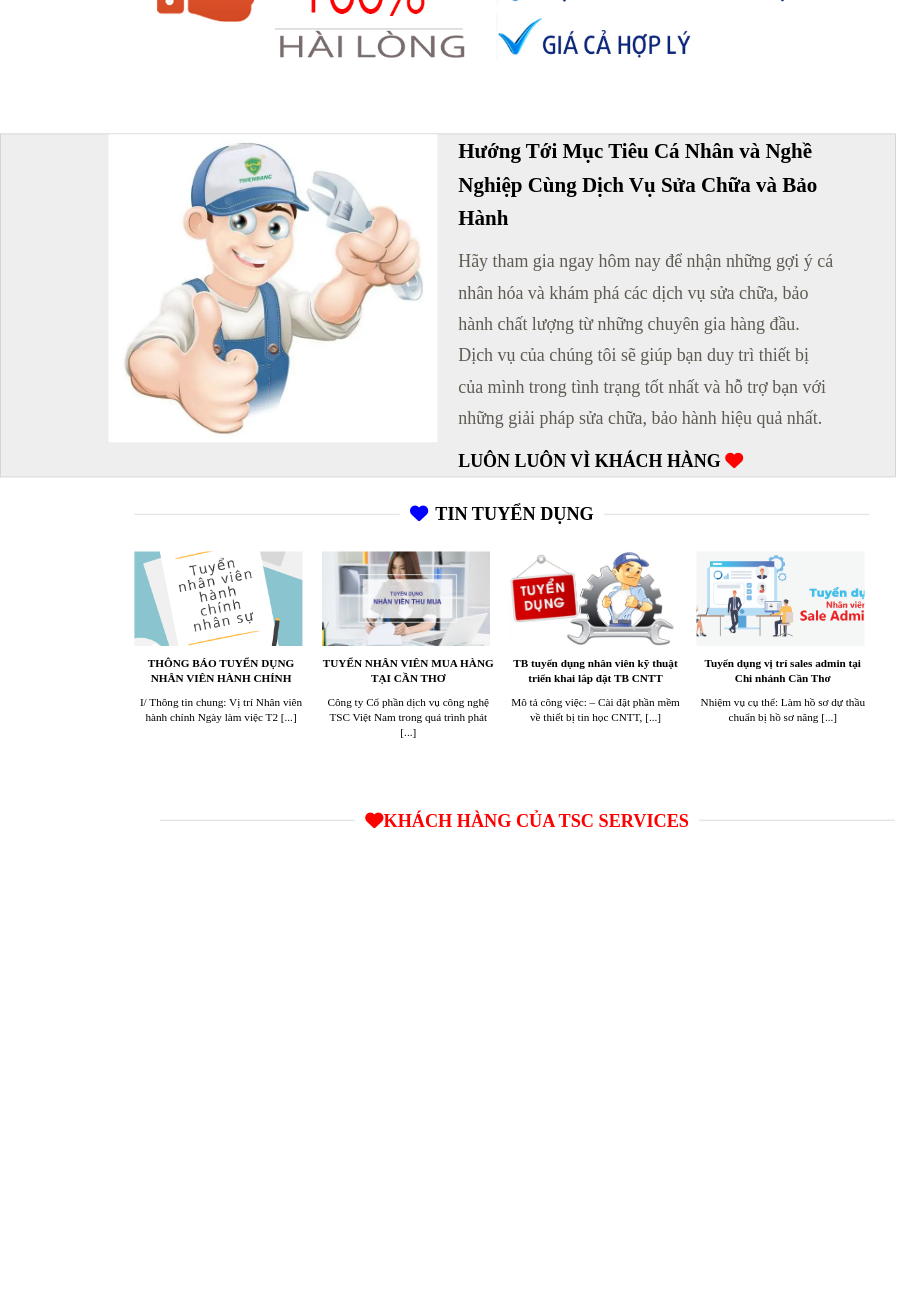
Repository: nguyentrongdai34/tsc-project
Page: index.html
The author's editor kept a copy of each file at every save. The page is drawn from the files as they stood at one save, then again after the next save.
The browser window is 1280 px wide. The page is 1288 px wide, so the pictures cover 1288 px, including what lies to the right of the window. The pictures show the part of the page from y = 1547 to 3427 px (the page is 3506 px tall), at 70% of full size.
The pointer rests on the first visible `.news`.

Above is the page before, as saved 2024-12-03 21:55:22.

### index.html
<!DOCTYPE html>
<html lang="en">
  <head>
    <meta charset="UTF-8" />
    <meta name="viewport" content="width=device-width, initial-scale=1.0" />
    <link rel="preconnect" href="https://fonts.googleapis.com" />
    <link rel="preconnect" href="https://fonts.gstatic.com" crossorigin />
    <link
      href="https://fonts.googleapis.com/css2?family=Poppins:wght@300;400;500;600;700&family=Roboto:ital,wght@0,100;0,300;0,400;0,500;0,700;0,900;1,100;1,300;1,400;1,500;1,700;1,900&display=swap"
      rel="stylesheet"
    />
    <link
      rel="stylesheet"
      href="https://cdnjs.cloudflare.com/ajax/libs/font-awesome/6.7.1/css/all.min.css"
      integrity="sha512-5Hs3dF2AEPkpNAR7UiOHba+lRSJNeM2ECkwxUIxC1Q/FLycGTbNapWXB4tP889k5T5Ju8fs4b1P5z/iB4nMfSQ=="
      crossorigin="anonymous"
      referrerpolicy="no-referrer"
    />
    <link rel="stylesheet" href="./reset.css" />
    <link rel="stylesheet" href="./style.css" />
    <title>CÔNG TY CỔ PHẦN DỊCH VỤ CÔNG NGHỆ TSC VIỆT NAM</title>
  </head>
  <body>
    <!-- heaer-main -->
    <div class="header-main">
      <!-- header -->
      <div class="header">
        <!-- logo -->
        <div class="header-logo">
          <img src="./img/Logo-tsc.png" alt="công ty logo" />
        </div>
        <!-- header-slogan -->
        <span class="header-slogan">
          <strong>CÔNG TY CỔ PHẦN DỊCH VỤ CÔNG NGHỆ TSC VIỆT NAM</strong>
        </span>
      </div>
    </div>

    <!-- Hero -->
    <div class="hero">
      <div class="hero-img">
        <img src="./img/tsc1.png" alt="" class="slider-image" />

        <div class="hero-circle">
          <i
            class="circle-left fa-solid fa-circle-chevron-left"
            onclick="prev()"
          ></i>
          <i
            class="circle-right fa-solid fa-circle-chevron-right"
            onclick="next()"
          ></i>
        </div>
      </div>
    </div>

    <!-- Section -->
    <div class="section">
      <div class="section-container">
        <h2 class="section-title">
          <b></b>
          <span class="section-title-main">DỊCH VỤ CỦA TSC SERVICES</span>
          <b></b>
        </h2>
      </div>
      <div class="row">
        <div class="section-gird">
          <div class="grid-item">
            <img src="./img/box-item1.jpg" alt="Image 1" />
            <div class="section-box">
              <span class="box-item-inner">CUNG CẤP THIẾT BỊ TIN HỌC</span>
            </div>
          </div>

          <div class="grid-item">
            <img src="./img/box-item2.jpg" alt="Image 2" />
            <div class="section-box">
              <span class="box-item-inner">SỬA CHỮA TỔNG HỢP</span>
            </div>
          </div>
          <div class="grid-item">
            <img src="./img/box-item3.png" alt="Image 3" />
            <div class="section-box">
              <span class="box-item-inner">TIẾP NHẬN SP CÁC HÃNG </span>
            </div>
          </div>
          <div class="grid-item">
            <img src="./img/box-item4.jpg" alt="Image 4" />
            <div class="section-box">
              <span class="box-item-inner">TƯ VẤN LẮP ĐẶT HỆ THỐNG</span>
            </div>
          </div>
          <div class="grid-item">
            <img src="./img/box-item5.jpg" alt="Image 5" />
            <div class="section-box">
              <span class="box-item-inner">SẢN XUẤT HỘP MỰC</span>
            </div>
          </div>
          <div class="grid-item">
            <img src="./img/box-item6.jpg" alt="Image 6" />
            <div class="section-box">
              <span class="box-item-inner">CHO THUÊ MÁY PHOTO</span>
            </div>
          </div>
        </div>
      </div>
      <div class="section-container">
        <h2 class="section-title">
          <b></b>
          <span class="section-title-main">
            <i class="fa-solid fa-heart"> </i>lý do bạn chọn TSC SERVICES</span
          >
          <b></b>
        </h2>
      </div>

      <div class="banner">
        <img src="./img/tsc-thanks.jpg" alt="" />
      </div>
    </div>

    <!-- fetaures -->
    <div class="features features-2nd" style="height: 500px">
      <div class="main-content">
        <div class="body">
          <div class="images">
            <img
              src="./img/bao-hanh.webp"
              alt="Take the next step toward your personal and professional goals with Lesson."
            />
          </div>
          <div class="content">
            <h2 class="heading_content">
              Hướng Tới Mục Tiêu Cá Nhân và Nghề Nghiệp Cùng Dịch Vụ Sửa Chữa và
              Bảo Hành
            </h2>
            <p class="desc">
              Hãy tham gia ngay hôm nay để nhận những gợi ý cá nhân hóa và khám
              phá các dịch vụ sửa chữa, bảo hành chất lượng từ những chuyên gia
              hàng đầu. Dịch vụ của chúng tôi sẽ giúp bạn duy trì thiết bị của
              mình trong tình trạng tốt nhất và hỗ trợ bạn với những giải pháp
              sửa chữa, bảo hành hiệu quả nhất.
            </p>
            <p class="desc-tsc">
              LUÔN LUÔN VÌ KHÁCH HÀNG <i class="fa-solid fa-heart"></i>
            </p>
          </div>
        </div>
      </div>
    </div>

    <!-- news -->
    <div class="news">
      <div class="news-container">
        <h2 class="section-title news-section">
          <b></b>
          <span class="section-title-main tranpernt">
            <i class="fa-solid fa-heart"> </i>tin tuyển dụng</span
          >
          <b></b>
        </h2>
      </div>
      <div class="news-box">
        <!-- item1 -->
        <div class="news-item">
          <img src="./img/1.png" alt="" />
          <h3 class="news-strongs">
            THÔNG BÁO TUYỂN DỤNG NHÂN VIÊN HÀNH CHÍNH
          </h3>
          <div class="news-desc">
            I/ Thông tin chung: Vị trí Nhân viên hành chính Ngày làm việc T2
            [...]
          </div>
        </div>
        <div class="news-item">
          <img src="./img/2.jpg" alt="" />
          <h3 class="news-strongs">TUYỂN NHÂN VIÊN MUA HÀNG TẠI CẦN THƠ</h3>
          <div class="news-desc">
            Công ty Cổ phần dịch vụ công nghệ TSC Việt Nam trong quá trình phát
            [...]
          </div>
        </div>
        <div class="news-item">
          <img src="./img/3.jpg" alt="" />
          <h3 class="news-strongs">
            TB tuyển dụng nhân viên kỹ thuật triển khai lắp đặt TB CNTT
          </h3>
          <div class="news-desc">
            Mô tả công việc: – Cài đặt phần mềm về thiết bị tin học CNTT, [...]
          </div>
        </div>
        <div class="news-item">
          <img src="./img/4.jpg" alt="" />
          <h3 class="news-strongs">
            Tuyển dụng vị trí sales admin tại Chi nhánh Cần Thơ
          </h3>
          <div class="news-desc">
            Nhiệm vụ cụ thể: Làm hồ sơ dự thầu chuẩn bị hồ sơ năng [...]
          </div>
        </div>
        <!--  -->
      </div>
    </div>

    <!-- client -->
    <div class="client" style="height: 800px">
      <h2 class="section-title">
        <b></b>
        <span class="section-title-main client-color">
          <i class="fa-solid fa-heart"> </i>KHÁCH HÀNG CỦA TSC SERVICES</span
        >
        <b></b>
      </h2>
    </div>

    <script src="./SliderImage.js"></script>
  </body>
</html>

### style.css
.header-main {
  display: flex;
  height: 90px;
}

.header {
  display: flex;
  /* background-color: #ccc; */
  justify-content: space-between;
  flex-direction: column;
  align-items: center;
  width: 100%;
  flex-flow: row nowrap;
  padding-right: 15px;
}

.header-logo img {
  object-fit: cover;
  margin-left: 220px;
  width: 167px;
  height: 62px;
}

.header-slogan {
  margin-right: 220px;
  font-size: 24px;
}

.header-slogan strong {
  text-direction: none;
  font-weight: bolder;
  text-transform: uppercase;
}

/* hero */

.hero {
  cursor: pointer;
  padding: 0 0 30px 0;
}

.hero-img img {
  width: 100%;
  height: 460px;
  position: relative;
  object-fit: cover;
}

.hero-circle {
  top: 42%;
  position: absolute;
}

.hero-circle i {
  color: #ccc;
  font-size: 36px;
}

.hero-circle i:hover {
  transition: color 0.3s ease, background-color 0.3s ease;
  color: #dd3333;
}

.hero-circle {
  width: 100%;
  display: flex;
  justify-content: space-between;
  z-index: 999;
}

.circle-left {
  margin-left: 30px;
}

.circle-right {
  margin-right: 30px;
  width: 36px;
  height: 36px;
}

/* section */
.section {
  width: 1050px;
  margin-left: 15%;
}

.section-title {
  position: relative;
  display: flex;
  flex-flow: row wrap;
  align-items: center;
  justify-content: space-between;
  width: 100%;
  padding-bottom: 40px;
}

.section-title b {
  display: block;
  -ms-flex: 1;
  flex: 1;
  height: 2px;
  opacity: 0.1;
  background-color: currentColor;
}

.section-title-main {
  margin: 0 15px;
  font-size: 26px;
  text-transform: uppercase;
  font-weight: 700;
}

.row {
}

.section-gird {
  display: grid;
  grid-template-columns: repeat(3, 1fr);
  gap: 20px;
  grid-template-rows: auto auto;
  padding-bottom: 85px;
}

.grid-item img {
  width: 338px;
  height: 210px;
  object-fit: cover;
  max-width: 100%;
  cursor: pointer;
}

.grid-item:hover {
  transform: translateY(-10px);
  transition: transform 0.5s cubic-bezier(0.25, 0.1, 0.25, 1);
}

.btn {
  margin-top: 10px; /* Khoảng cách giữa ảnh và button */
  padding: 10px 20px;
  background-color: #c42e2b;
  color: white;
  border: none;
  cursor: pointer;
  font-size: 16px;
  text-transform: uppercase;
  border-radius: 5px;
  transition: background-color 0.3s;
}

.btn:hover {
  background-color: #a02626;
}

.section-box {
  transform: translateY(-3px);
  background-color: rgb(140, 31, 31);
  padding: 15px 15px 20px;
  cursor: pointer;
}

.box-item-inner {
  font-weight: 700;
  font-size: 20px;
  color: #ffffff;
  margin-left: 18px;
}

/* Features */

.features {
  padding-bottom: 30px;
}

.features .body {
  display: flex;
  padding-left: 12%;
  background-color: #eee;
  border: 1px solid #ccc;
}

.features .images {
  display: flex;
  gap: 0 30px;
}

.features .images img {
  width: 270px;
  height: 404px;
  object-fit: cover;
}

.features img.lower {
  margin-top: 34px;
}

.features .content {
  width: 41%;
  display: flex;
  flex-direction: column;
  align-items: flex-start;
  justify-content: center;
}

.features .desc {
  margin-top: 16px;
  font-size: 1.6rem;
  line-height: 1.75;
  color: #5f5b53;
}

.features .content .cta-btn {
  margin-top: 32px;
  min-width: 137px;
  color: #fff;
  background: var(--primary-color);
}

.features-2nd .content {
  width: 48%;
  padding-left: 30px;
}

.features-2nd .images img {
  width: 470px;
  height: 440px;
}

.heading_content {
  font-size: 30px;
  font-weight: 700;
  line-height: 1.6;
}

.desc-tsc {
  margin-top: 16px;
  font-size: 1.6rem;
  line-height: 1.75;
  color: #000;
  font-weight: 600;
}

.desc-tsc i {
  color: red;
}

/* news */
.news {
  width: 1050px;
  padding-left: 15%;
  padding-bottom: 80px;
}

.tranpernt i {
  color: blue;
  padding: 0 10px 0 0;
}

.news-section {
}

.news-box {
  display: grid;
  grid-template-columns: repeat(4, 1fr);
  gap: 20px;
  grid-template-rows: auto auto;
}

.news-item {
  cursor: pointer;
}

.news-item img {
  height: 135px;
  width: 240px;
  object-fit: cover;
}

.news-strongs {
  padding: 12px 0;
  line-height: 1.3;
  font-size: 16px;
  font-weight: 600;
  text-align: center;
}

.news-desc {
  font-size: 16px;
  text-align: center;
  line-height: 1.4;
  font-weight: 500;
}

/* client */
.client-color {
  color: rgba(255, 0, 0);
}

.client {
  width: 1050px;
  padding-left: 228px;
}

### SliderImage.js
let Slider_image = document.querySelector(".slider-image");
let images = ["tsc1.png", "tsc2.png", "tsc3.png", "tsc4.png", "tsc5.png"];
let i = 0; // Giá Trị bắt đầu index

function prev() {
  if (i <= 0) i = images.length;
  i--;
  return setImg();
}

function next() {
  if (i >= images.length - 1) i = -1;
  i++;
  return setImg();
}

function setImg() {
  return Slider_image.setAttribute("src", "./img/" + images[i]);
}

Loaded but not shown: reset.css (common file)

After the next save:
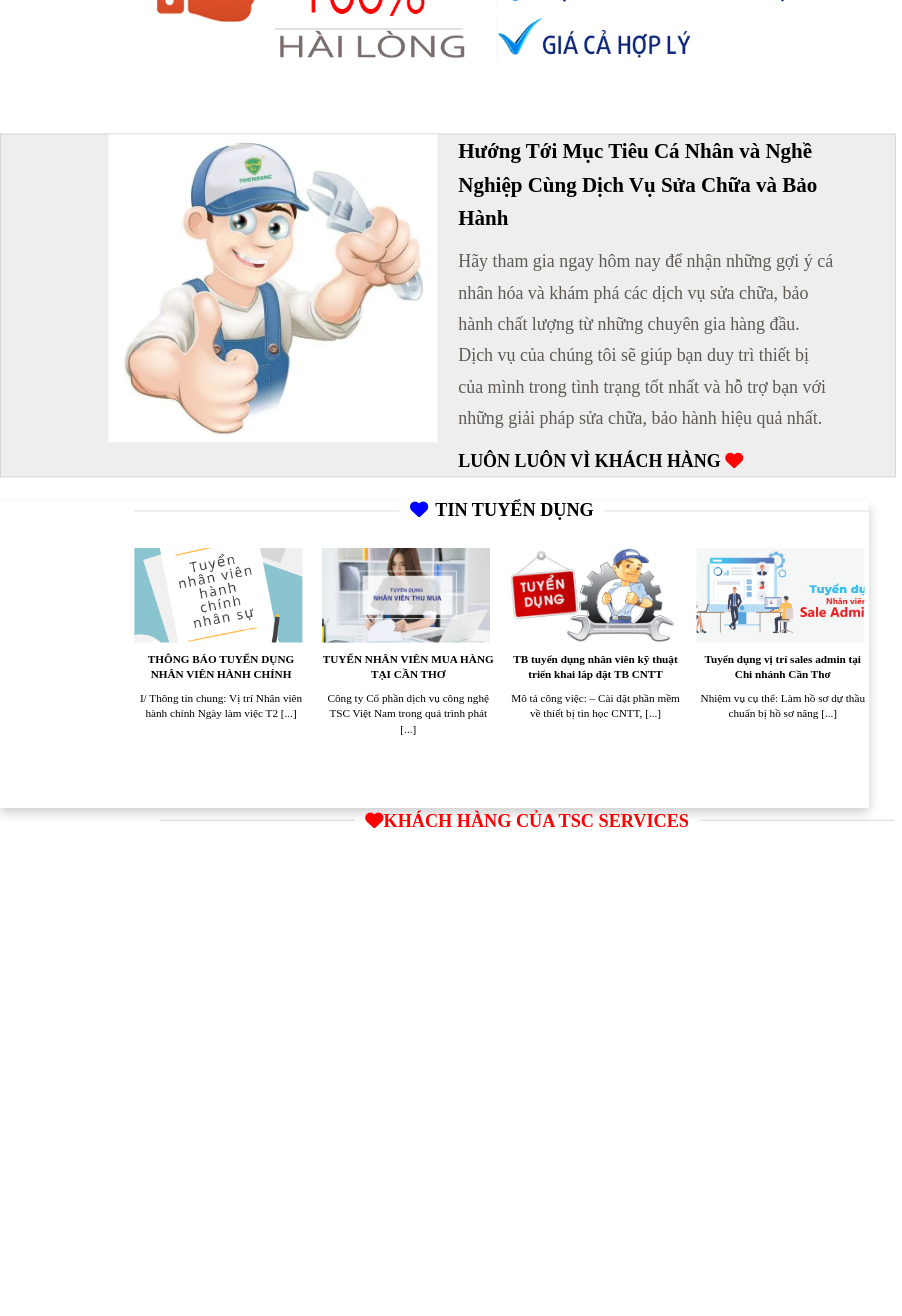
Saved 3 min 3 s later.
--- a/style.css
+++ b/style.css
@@ -250,6 +250,11 @@
   padding-bottom: 80px;
 }
 
+.news:hover {
+  transform: translateY(-5px);
+  box-shadow: 0 8px 15px rgba(0, 0, 0, 0.2);
+}
+
 .tranpernt i {
   color: blue;
   padding: 0 10px 0 0;

After the save that followed:
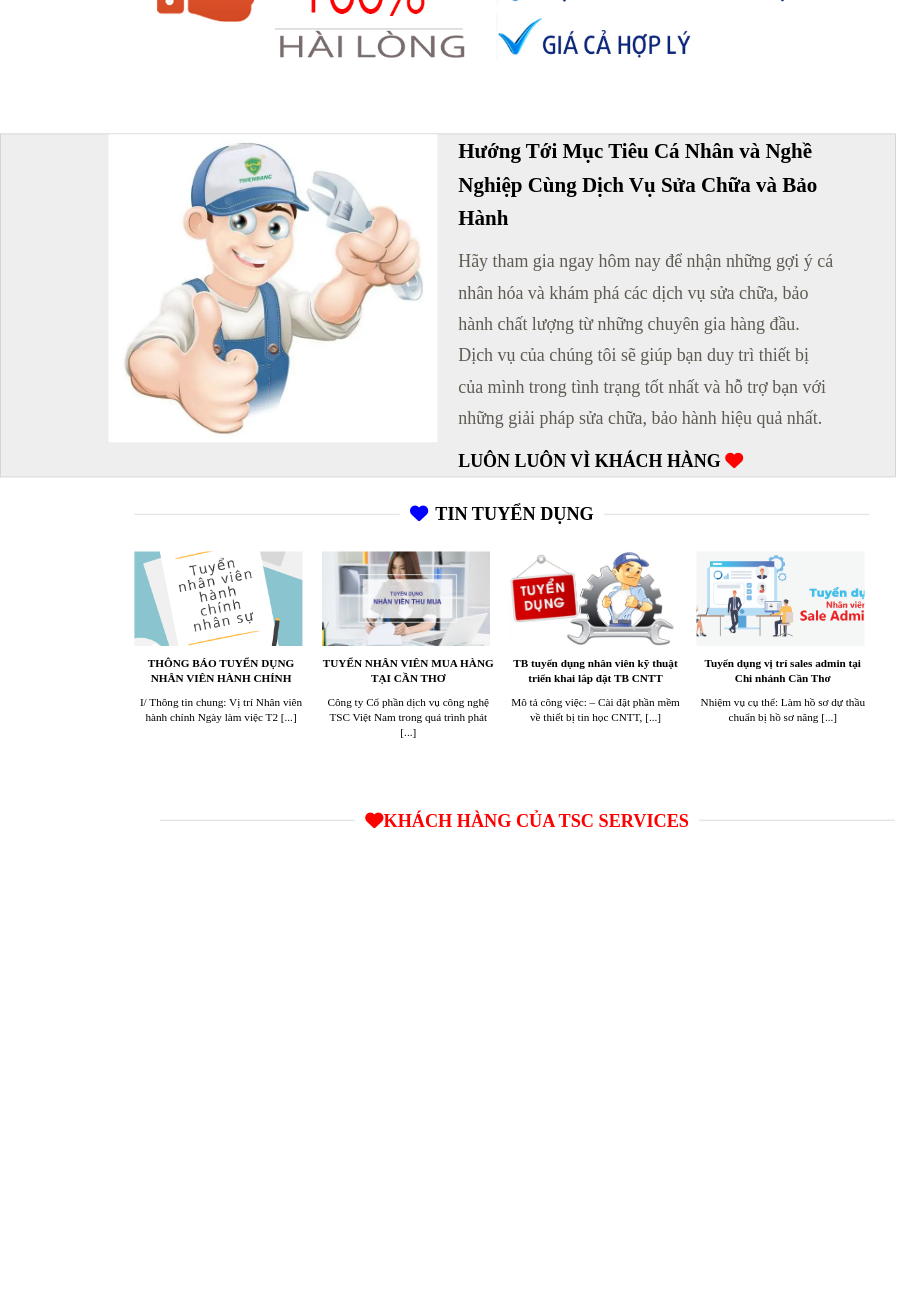
Saved 16 s later.
--- a/style.css
+++ b/style.css
@@ -250,11 +250,6 @@
   padding-bottom: 80px;
 }
 
-.news:hover {
-  transform: translateY(-5px);
-  box-shadow: 0 8px 15px rgba(0, 0, 0, 0.2);
-}
-
 .tranpernt i {
   color: blue;
   padding: 0 10px 0 0;
